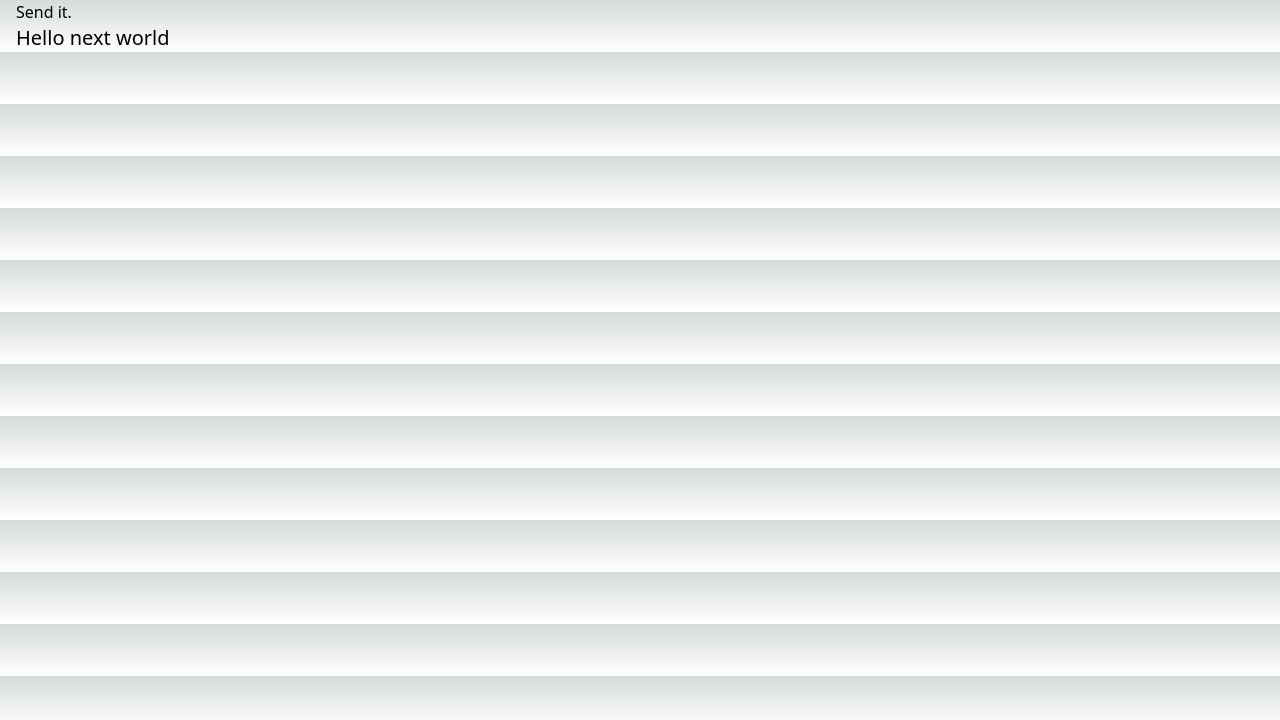
Repository: AMT98/SEND-IT
Page: /
An editor plug-in stored every save of this project. The page is shown before and after the next save, followed by the edit.
The browser window is 1280 px wide. The pictures show the whole page.
The project was rebuilt for these pictures with package versions that can differ from the ones it lists, and the page was loaded fresh each time. The framework's server and built-in components were replaced by stand-ins that run in the browser. Also part of the build but not shown: next.config.js.

Above is the page before, as saved 2023-02-14 11:08:10.

After the next save:
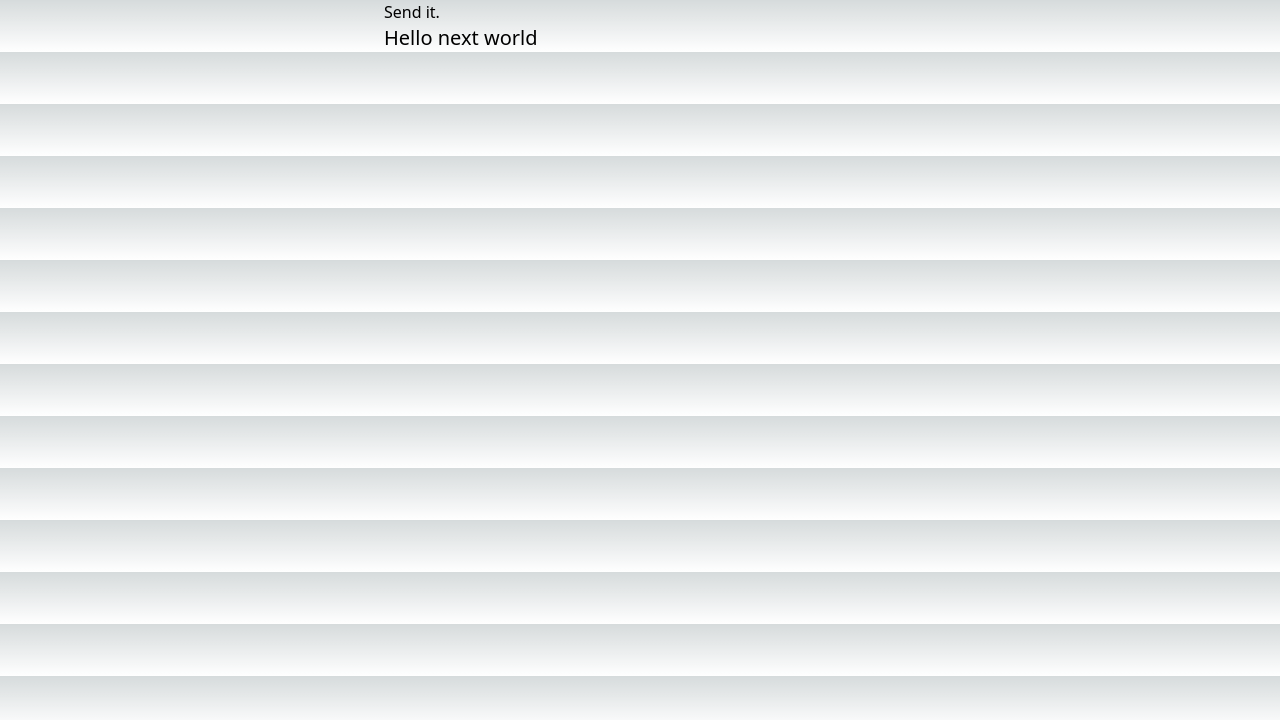
Saved 6 s later.
--- a/app/layout.jsx
+++ b/app/layout.jsx
@@ -9,7 +9,7 @@ export default function RootLayout({ children }) {
         head.tsx. Find out more at https://beta.nextjs.org/docs/api-reference/file-conventions/head
       */}
       <head />
-      <body className="mx-4 md:mx-">
+      <body className="mx-4 md:mx-48 xl:mx-96">
         <Nav />
         {children}
       </body>
